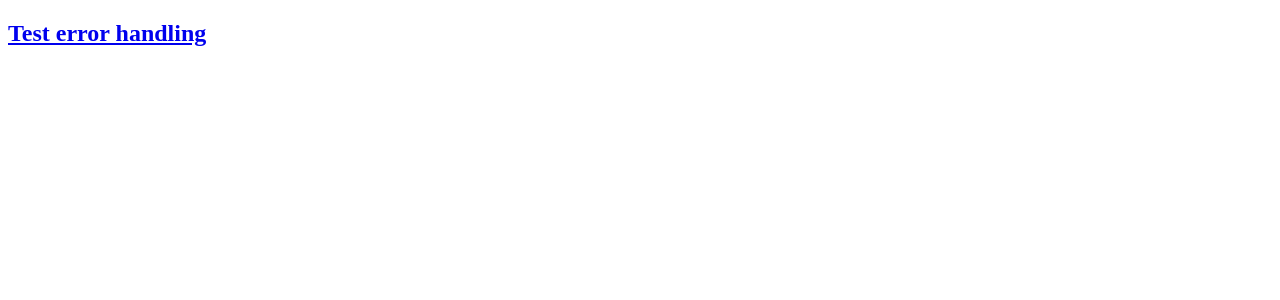
Repository: akshay399/adv-java-daywise
Page: http://localhost/day6.1_lab/
These files come from the project's save history. The page is drawn as it stood at one moment and after the next save; the edit follows.
The browser window is 1280 px wide. The pictures show the whole page.
The page is served by Tomcat 9.

Above is the page before, as saved 2022-11-28 11:46:13.

### day6.1_lab/src/main/webapp/index.jsp
<%@ page language="java" contentType="text/html; charset=ISO-8859-1"
    pageEncoding="UTF-8"%>
<!DOCTYPE html>
<html>
<head>
<meta charset="UTF-8">
<title>index</title>
</head>
<body>
	<h2><a href="test1.jsp">Test error handling</a></h2>
</body>
</html>

After the next save:
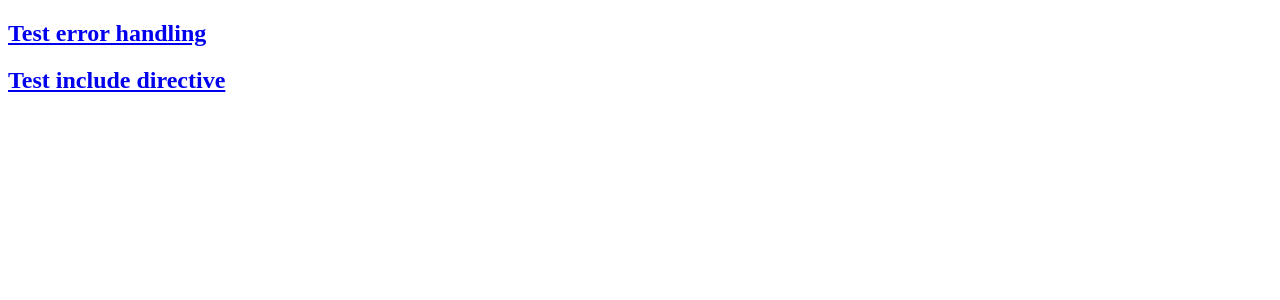
Saved 5 min 6 s later.
--- a/day6.1_lab/src/main/webapp/index.jsp
+++ b/day6.1_lab/src/main/webapp/index.jsp
@@ -8,5 +8,6 @@
 </head>
 <body>
 	<h2><a href="test1.jsp">Test error handling</a></h2>
+	<h2><a href="test2.jsp">Test include directive</a></h2>
 </body>
 </html>
